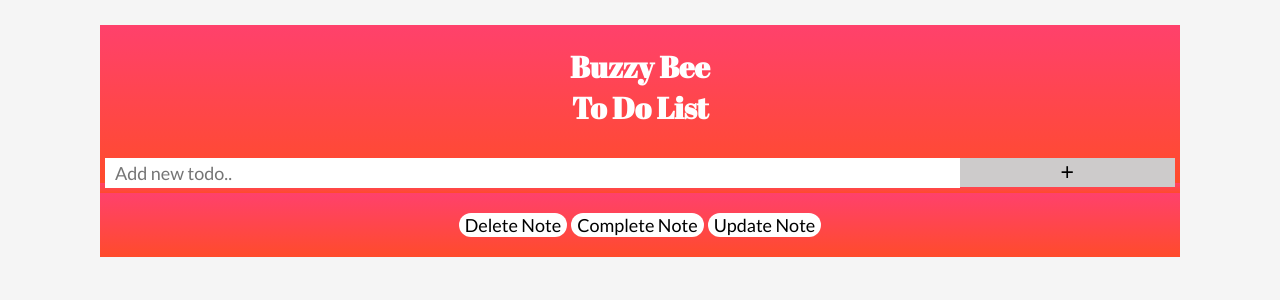
Repository: seleniadelgado/backend-spring2020-angie
Page: projects/todo/public_html/index.html
These files come from the project's save history. The page is drawn as it stood at one moment and after the next save; the edit follows.
The browser window is 1280 px wide. The pictures show the whole page.
The page's requests for data from a server got no answer.

Above is the page before, as saved 2020-05-18 19:59:45.

### projects/todo/public_html/index.html
<!DOCTYPE html>

<html lang="en">
    <head>
        <meta charset="utf-8">
        <title>Buzzy Bee - To Do List</title>
        <meta name="description" content="The HTML5 Herald">
        <meta name="author" content="SitePoint">
        <link rel="stylesheet" href="styles.css">
        <link href="https://fonts.googleapis.com/css2?family=Abril+Fatface&family=Lato&display=swap" rel="stylesheet">
        <script
            src="https://code.jquery.com/jquery-3.5.0.min.js"
            integrity="sha256-xNzN2a4ltkB44Mc/Jz3pT4iU1cmeR0FkXs4pru/JxaQ="
            crossorigin="anonymous">
        </script>
</head>
<body>
    <main>
    <div class="sectionTitle">
        <div class="appTitle">
            <h2>Buzzy Bee <br> To Do List</h2>
        </div>
        <div id="addNote">
            <input type="text" id="newNote" placeholder="Add new todo..">
            <button id="addBtn" type="button">+</button>
        </div>
    </div>
    <div class="todoList">
        <ul id="myList"></ul>
    </div>
    <div class="buttonsArea">
        <button id="delBtn" type="button">Delete Note</button>
        <button id="comBtn" type="button">Complete Note</button>
        <button id="updBtn" type="button">Update Note</button>
    </div>

</main>
    <script>
        $(document).ready(() => {
            let objectToSend = {
                note: "Do somethings",
                author: "Nick"
            }

//add a new note by pushing the add button.
            $("#addBtn").click(() => {
                let value = $('input').val();
                if (!value) {
                    alert('Add a note.');
                    return;
                }
                let newNote = {
                    note: value,
                    author: "Angie"
                }
                $.post("http://localhost:3000/newNote", newNote, (dataToGet) => {
                    // $("#myList").append(`<li><label class="container"><input type="checkbox"><span class="checkmark">${value}</span></label></li>`
                    $('#myList').html('');

                    readNotes();
                    // );
                });
            });

//,{"note":"hello","author":"Angie","completed_status":false,"create_date":1589603676366}
//Read the notes
        const readNotes = function () {
            $.post("http://localhost:3000/readNotes", {}, (dataToGet) => {
            let allNotesArray = dataToGet.notes;
            for (let i = 0; i < allNotesArray.length; i++) {
                console.log(allNotesArray[i].note);
                let note = allNotesArray[i].note;
                let author = allNotesArray[i].author;
                let date = allNotesArray[i].create_date;
                $("#myList").append(`<li><label class="container"><input type="checkbox"><span class="checkmark" data-date='${date}' data-author='${author}'>${note}</span></label></li>`
                    );
                //
            }
        });
    };
    readNotes();
//delete a note by pushing the add button.
            $('#delBtn').click(() => {
                let checkedNotes = $('input:checked');
                if (checkedNotes.length > 0 && confirm("Are you sure you want to delete the note(s)?")) {
                    for (let i = 0; i < checkedNotes.length; i++)
                    {
                        let noteElement = checkedNotes[i];
                        let delNote = {
                            create_date: noteElement.nextElementSibling.getAttribute('data-date'),
                            author: noteElement.nextElementSibling.getAttribute('data-author')
                        }
                        $.post("http://localhost:3000/deleteNote", delNote, (dataToGet) => {
                            if (i === checkedNotes.length - 1) {
                                $('#myList').html('');
                                readNotes();
                            }
                        });
                    }
                }
                });

//mark as completed and strikethrough.
            $('#comBtn').click(() => {
                console.log("Completed clicked");
                let checkedNotes = $('input:checked');
                if (checkedNotes.length > 0 && confirm("Are you sure you want to mark the note(s) as complete?")) {
                    for (let i = 0; i < checkedNotes.length; i++) {
                        let completedNoteElement = checkedNotes[i];
                        let completedNote = {
                            create_date: completedNoteElement.nextElementSibling.getAttribute('data-date'),
                            author: completedNoteElement.nextElementSibling.getAttribute('data-author')
                        }
                        console.log("in loop complete");
                        $.post("http://localhost:3000/markComplete", completedNote, (dataToGet) => {
                            $('span[data-id="angiedate"]')[0].style.textDecoration = "line-through";
                            });
                    }
                }
                });

//update a note.
            $('#updBtn').click(() => {
                console.log("Updated clicked");
                });
            });

        //import the data from default user
        // make JSON into JS with parse.
        //with the list we want to populate our ul.
        //use jquery to access the dom, grab the string
        //loop over notes
        //add the note as an li to the ul
        //  Create li with jquery.
        //  target the ul with jquery and append the li.
        //note: $('<li></li>'')
        //      $('ul') -> a jquery list which holds the ul.
        //      get 1st element from the array

    </script>
</body>
</html>

### projects/todo/public_html/styles.css
:root {
    --main-color: linear-gradient(#FF416C, #FF4B2B);
    --background-color: whitesmoke;
    --title-font: 'Abril Fatface', cursive, sans-serif;
    --list-font: 'Lato', sans-serif;
    --font-size-title: 20px;
    --font-size-list-item: 18px;
}

html {
    background: var(--background-color);
    height: 100%;
}
* {
    box-sizing: border-box;
}
body {
    margin: 0px 100px 75px 100px;
    background-color: var(--main-color);
}

.sectionTitle {
    background: var(--main-color);
    text-align: center;
    border: none;
    margin-top: 0%;
    font-family: var(--title-font);
    font-size: var(--font-size-title);
}

.appTitle h2 {
    color: white;
    padding-top: 2%;
}
#addNote {
    display: flex;
    align-items: start;
    padding: 5px;
    height: 30px;
    width: 100%;
    font-family: 'Gill Sans', 'Gill Sans MT', Calibri, 'Trebuchet MS', sans-serif;

}
#addBtn {
    margin-left: 0%;
    font-size: 23px;
    background-color: rgb(205, 203, 203);
    color: none;
    border: none;
    width:25%;
}
#addBtn:hover {
    cursor: pointer;
    background-color: pink;
}
#newNote {
    border: none;
    width: 100%;
    height: 150%;
    font-family: var(--list-font);
    font-size: var(--font-size-list-item);
    padding-left: 10px;
}
.todoList {
    display: flex;
    align-content: center;
    justify-content: center;
    background: linear-gradient(#FF416C, #FF4B2B);
    padding-top: 10px;
}
#myList li:nth-child(odd) {
    background: lightgray;
  }

#myList {
    list-style: none;
    padding: 0px;
    margin-top: 0px;
    margin-bottom: 0px;
    background-color: var(--main-color);
    width: 99%;
}

#myList li {
    cursor: pointer;
    height: 35px;
    border-bottom: 1px solid darkgray;
    background-color: whitesmoke;
    padding-left: 5px;
    font-family: var(--list-font);
    font-size: var(--font-size-list-item);
    margin: auto;

}
.container input {
    cursor: pointer;
    user-select: none;
    opacity: 50;
    height: 25px;
    width: 25px;
    position: relative;
}
.container:hover input ~ .checkmark {
    background-color: pink;
  }
/* When the checkbox is checked, add a strike */
.container input:checked ~ .checkmark {
    background-color: rosybrown;
}

.checkmark {
    padding-left: 5px;
    position: absolute;
    padding-top: 2px;

}

.buttonsArea {
    background: var(--main-color);
    text-align: center;
    padding: 20px;
}
.buttonsArea button {
    background-color: white;
    border: none;
    font-family: var(--list-font);
    font-size: var(--font-size-list-item);
    border-radius: 130px;
}
.buttonsArea button:hover {
    background-color: pink;
    border-radius: 130px;
    cursor: pointer;
}

After the next save:
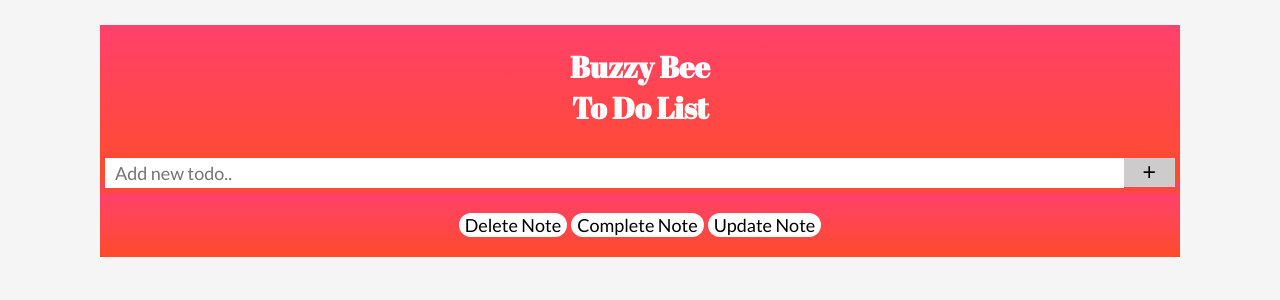
Saved 10 s later.
--- a/projects/todo/public_html/styles.css
+++ b/projects/todo/public_html/styles.css
@@ -47,7 +47,7 @@ body {
     background-color: rgb(205, 203, 203);
     color: none;
     border: none;
-    width:25%;
+    width: 5%;
 }
 #addBtn:hover {
     cursor: pointer;
